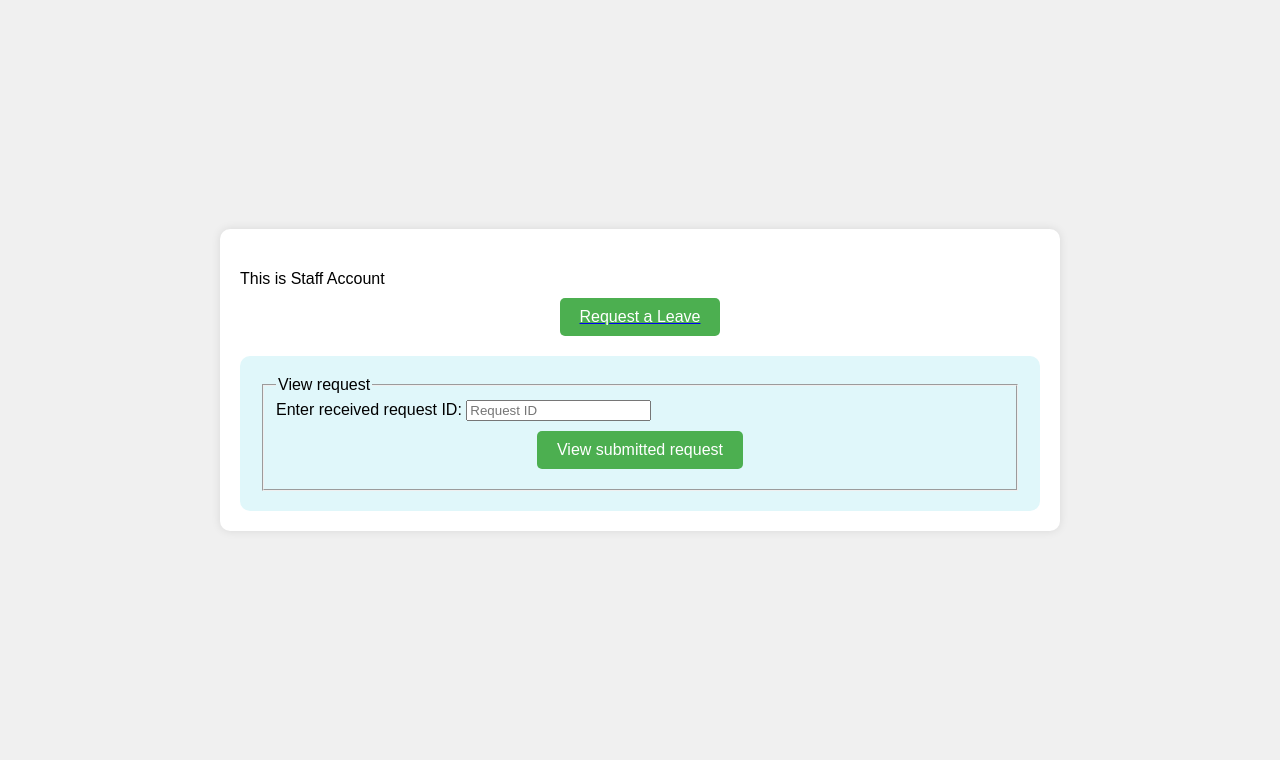
Repository: sakuuLay/StaffManagementSys
Page: http://localhost/test/SMaccount.jsp
These files come from the project's save history. The page is drawn as it stood at one moment and after the next save; the edit follows.
The browser window is 1280 px wide. The pictures show the whole page.
Backgrounds fixed to the window are drawn as part of the page. The page is served by Tomcat 9. Nobody is signed in. The application's start-up code is not run. Other server files are loaded and not shown. The template is opened directly, without the code that normally fills it, so the values that code supplies are empty.

Above is the page before, as saved 2024-10-21 09:16:57.

### test/src/main/webapp/SMaccount.jsp
<%@ page language="java" contentType="text/html; charset=UTF-8" pageEncoding="UTF-8"%>
<%@ taglib prefix="c" uri="http://java.sun.com/jsp/jstl/core"%>
<!DOCTYPE html>
<html>
<head>
    <meta charset="UTF-8">
    <title>StaffMemberAccount</title>
    <style>
        body {
            font-family: Arial, sans-serif;
            background-color: #f0f0f0;
            margin: 0;
            padding: 20px;
            display: flex;
            justify-content: center;
            align-items: center;
            min-height: 100vh;
        }
        .container {
            background-color: #ffffff;
            border-radius: 10px;
            box-shadow: 0 0 10px rgba(0, 0, 0, 0.1);
            padding: 20px;
            width: 80%;
            max-width: 800px;
        }
        .container h1 {
            text-align: center;
            color: #333;
        }
        table {
            width: 100%;
            border-collapse: collapse;
            margin-bottom: 20px;
        }
        table, th, td {
            border: 1px solid #ddd;
        }
        th, td {
            padding: 10px;
            text-align: left;
        }
        th {
            background-color: #f2f2f2;
        }
        button {
            background-color: #4caf50;
            color: white;
            padding: 10px 20px;
            border: none;
            border-radius: 5px;
            cursor: pointer;
            font-size: 16px;
            display: block;
            margin: 10px auto;
            text-align: center;
        }
        button:hover {
            background-color: #45a049;
        }
        span.error {
            color: red;
            display: none;
        }
        .fieldset-container {
            background-color: #e0f7fa;
            border-radius: 10px;
            padding: 20px;
            margin-top: 20px;
        }
    </style>
</head>
<body>
    <div class="container">
        <h1>${msg}</h1>
        <div>This is Staff Account</div>
        <c:forEach var="member" items="${AccDetails}">
            <table>
                <tr>
                    <th>Employee ID</th>
                    <td>${member.EID}</td>
                </tr>
                <tr>
                    <th>Employee Name</th>
                    <td>${member.eName}</td>
                </tr>
                <tr>
                    <th>Employee Email</th>
                    <td>${member.email}</td>
                </tr>
                <tr>
                    <th>Department ID</th>
                    <td>${member.departmentID}</td>
                </tr>
                <tr>
                    <th>Gender</th>
                    <td>${member.gender}</td>
                </tr>
                <tr>
                    <th>Contact number</th>
                    <td>${member.contactNb}</td>
                </tr>
                <tr>
                    <th>Employee Basic salary</th>
                    <td>${member.eBasicSalary}</td>
                </tr>
            </table>
        </c:forEach>
        <a href="LeaveRequest.jsp"><button name="formRedirector">Request a Leave</button></a>
        <div class="fieldset-container">
            <form action="reqViewServlet" method="post">
                <fieldset>
                    <legend>View request</legend>
                    <label for="Reqid">Enter received request ID:</label>
                    <input type="text" id="rid" name="rid" placeholder="Request ID" pattern="(60|[1-9]?[0-9])$" required>
                    <span id="errorInt" class="error">Please enter a valid (integer) number.</span><br>
                    <button type="submit">View submitted request</button>
                </fieldset>
            </form>
        </div>
    </div>
    <script>
        document.getElementById('rid').addEventListener('input', function (event) {
            var input = event.target;
            var errorMessage = document.getElementById('errorInt');
            if (input.validity.patternMismatch) {
                errorMessage.style.display = 'block';
            } else {
                errorMessage.style.display = 'none';
            }
        });
    </script>
</body>
</html>

After the next save:
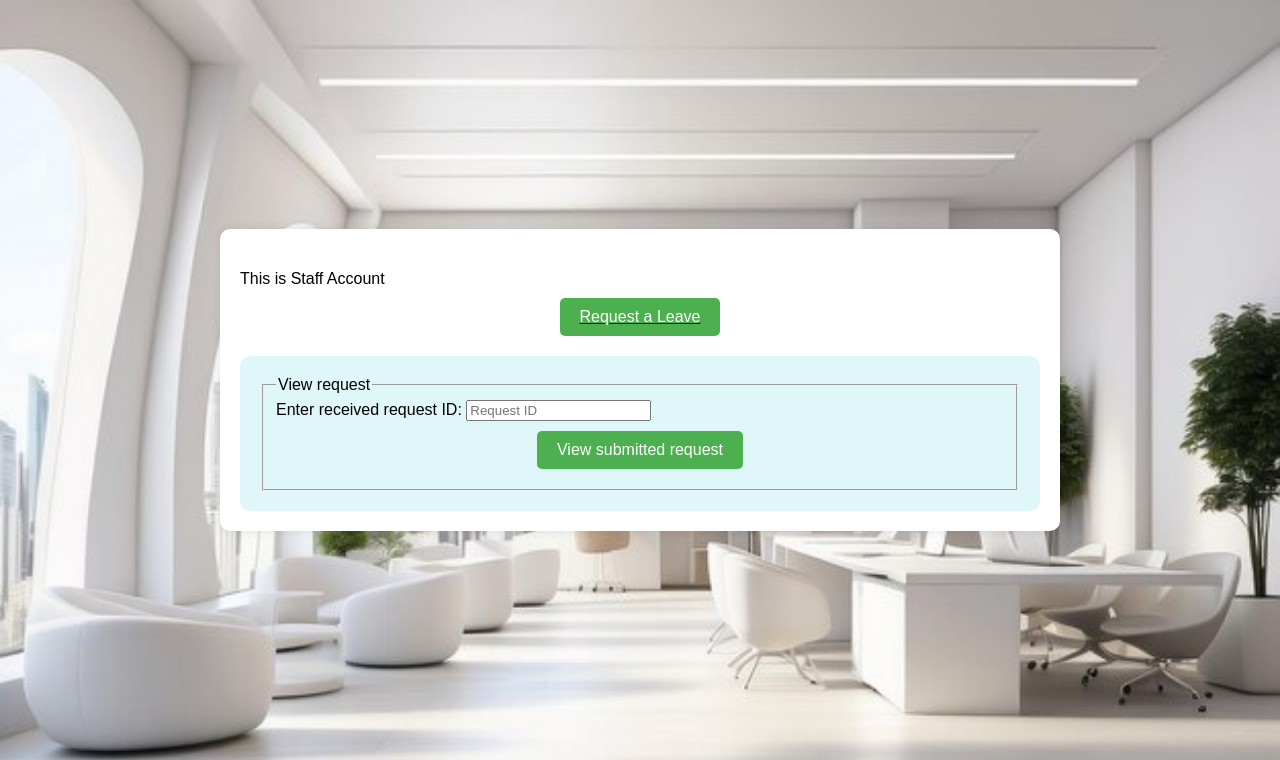
Saved 4 min 55 s later.
--- a/test/src/main/webapp/SMaccount.jsp
+++ b/test/src/main/webapp/SMaccount.jsp
@@ -16,6 +16,28 @@
             align-items: center;
             min-height: 100vh;
         }
+                 body {
+            background-image: url('imgs/whiteOffice.jpg');
+            background-size: cover;
+            background-attachment: fixed;
+            font-family: Arial, sans-serif;
+            display: flex;
+            justify-content: center;
+            align-items: center;
+            height: 100vh;
+            margin: 0;
+        }
+        .background-blur {
+            position: absolute;
+            top: 0;
+            left: 0;
+            right: 0;
+            bottom: 0;
+            background: inherit;
+            filter: blur(10px);
+            z-index: -1;
+        }
+
         .container {
             background-color: #ffffff;
             border-radius: 10px;
